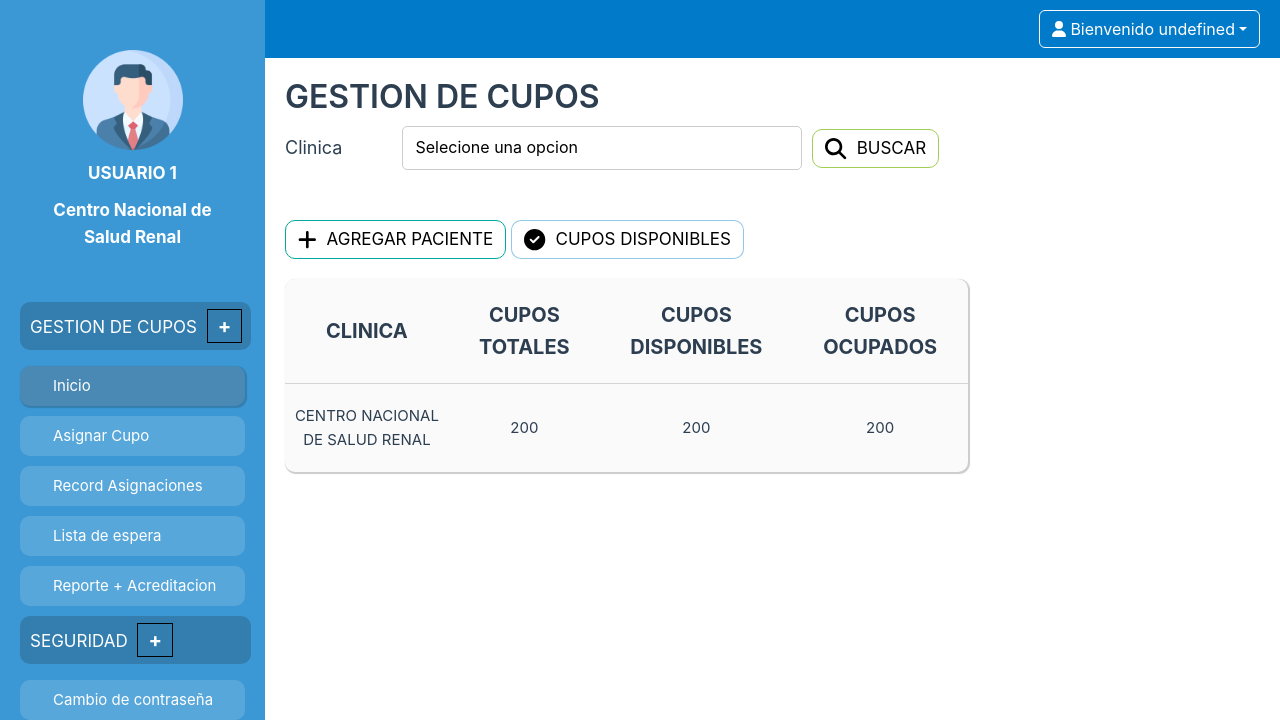
Repository: cynthiacevallos/organizadorhisar
Page: /
The author's editor kept a copy of each file at every save. The page is drawn from the files as they stood at one save, then again after the next save.
The browser window is 1280 px wide. The pictures show the whole page.
The page's requests for data from a server got no answer. Some web libraries are served in a nearby version. The project was rebuilt for these pictures with package versions that can differ from the ones it lists, and the page was loaded fresh each time. No one was signed in, and anything a server would have sent is missing. Also part of the build but not shown: vite.config.js, vue.config.js.

Above is the page before, as saved 2023-09-06 09:32:51.

### index.html
<!DOCTYPE html>
<html lang="en">

<head>
  <meta charset="UTF-8">
  <link rel="icon" href="./src/assets/images/cnsr-logo.png">
  <meta name="viewport" content="width=device-width, initial-scale=1.0">
  <link href="https://cdn.jsdelivr.net/npm/bootstrap@5.3.1/dist/css/bootstrap.min.css" rel="stylesheet"
    integrity="sha384-4bw+/aepP/YC94hEpVNVgiZdgIC5+VKNBQNGCHeKRQN+PtmoHDEXuppvnDJzQIu9" crossorigin="anonymous">
  <title>HISAR</title>
</head>

<body>
  <div id="app"></div>
  <script type="module" src="/src/main.js"></script>


  <script src="https://code.jquery.com/jquery-3.2.1.slim.min.js"
    integrity="sha384-KJ3o2DKtIkvYIK3UENzmM7KCkRr/rE9/Qpg6aAZGJwFDMVNA/GpGFF93hXpG5KkN"
    crossorigin="anonymous"></script>
  <script src="https://cdn.jsdelivr.net/npm/popper.js@1.12.9/dist/umd/popper.min.js"
    integrity="sha384-ApNbgh9B+Y1QKtv3Rn7W3mgPxhU9K/ScQsAP7hUibX39j7fakFPskvXusvfa0b4Q"
    crossorigin="anonymous"></script>
  <script src="https://cdn.jsdelivr.net/npm/bootstrap@4.0.0/dist/js/bootstrap.min.js"
    integrity="sha384-JZR6Spejh4U02d8jOt6vLEHfe/JQGiRRSQQxSfFWpi1MquVdAyjUar5+76PVCmYl"
    crossorigin="anonymous"></script>
</body>

</html>

### src/App.vue
<template>
   <!-- <SidenH :lista="arreglo" usuario="USUARIO 1" centro="Centro Nacional de Salud Renal" />-->
   <!-- <Tabla :header="headers" :data="datos"/>-->
    <!--<Input ancho="50vw" />
    <Input ancho="50vw"/>
    <Input ancho="500px" />-->
  <RouterView />

    <!--<Button title="BUSCAR" imagen="search.png" bgColor="#A1CE57" />
    <Button title="AGREGAR PACIENTE" imagen="cheque.png" bgColor="#00A79C"/>
    <Button title="CANCELAR" imagen="cancelar.png" bgColor="#E35C5C"/>
    <Button title="GENERAR EXCEL" imagen="excel.png" bgColor="#008000"/>
    <Button title="CERRAR SESION" imagen="cerrar-sesion.png" bgColor="#E35C5C" />
    <Button title="CUPOS DISPONIBLES" imagen="cheque.png" bgColor="rgba(59,153,213,0.55)"/>
    <Button imagen="lapiz.png" bgColor="rgba(0,122,201,0.44)"/>
    <Button imagen="eliminar.png" bgColor="#E35C5C"/>
    <Button title="SI" imagen="" bgColor="#A1CE57" />-->
</template>

<style scoped>
*{
  font-family: Inter, -apple-system, BlinkMacSystemFont, 'Segoe UI', Roboto, Oxygen, Ubuntu, Cantarell, 'Fira Sans', 'Droid Sans', 'Helvetica Neue', sans-serif;
}

</style>

<script setup>
  //import Input from './components/hisar_comp/InputH.vue'
  //import SidenH from './components/hisar_comp/SidenavH.vue'
  // import Button from './components/hisar_comp/ButtonH.vue'
 /* import Tabla from './components/hisar_comp/TablaH.vue'
  const headers = [
        {nombre:'TURNO'},{nombre:'FRECUENCIA'},{nombre:'FECHA DE INGRESO'},{nombre:'FECHA DE EVALUACION'},{nombre:'PESO'},{nombre:'TALLA'},{nombre:'ACCIONES'}
  ]
  const datos = [
        {turno:2, frecuencia:'L-M-V',fecIngreso:'2023-12-12',fecEval:'2023-12-12',peso:55,talla:1.55},
        {turno:1, frecuencia:'M-J-S',fecIngreso:'2023-12-12',fecEval:'2023-12-12',peso:55,talla:1.55},
        {turno:3, frecuencia:'L-M-V',fecIngreso:'2023-12-12',fecEval:'2023-12-12',peso:55,talla:1.55},
        {turno:3, frecuencia:'L-M-V',fecIngreso:'2023-12-12',fecEval:'2023-12-12',peso:55,talla:1.55},
        {turno:4, frecuencia:'L-M-V',fecIngreso:'2023-12-12',fecEval:'2023-12-12',peso:66,talla:1.66},
  ]*/
  //const arreglo = [
    //  {main: 'Gestion de cupos',sec:[{name:'Asignar Cupo'},{name:'Record Asignaciones'},{name:'Lista de espera'},////{name:'Reporte + Acreditacion'}]},
    //  {main: 'Seguridad'}
  //]
</script>

<!--<script setup>
import { RouterLink, RouterView } from 'vue-router'
import HelloWorld from './components/HelloWorld.vue'
</script>

<template>
  <header>
    <img alt="Vue logo" class="logo" src="@/assets/logo.svg" width="125" height="125" />

    <div class="wrapper">
      <HelloWorld msg="You did it!" />

      <nav>
        <RouterLink to="/">Home</RouterLink>
        <RouterLink to="/about">About</RouterLink>
      </nav>
    </div>
  </header>

  <RouterView />
</template>

<style scoped>
/*header {
  line-height: 1.5;
  max-height: 100vh;
}

.logo {
  display: block;
  margin: 0 auto 2rem;
}

nav {
  width: 100%;
  font-size: 12px;
  text-align: center;
  margin-top: 2rem;
}

nav a.router-link-exact-active {
  color: var(--color-text);
}

nav a.router-link-exact-active:hover {
  background-color: transparent;
}

nav a {
  display: inline-block;
  padding: 0 1rem;
  border-left: 1px solid var(--color-border);
}

nav a:first-of-type {
  border: 0;
}

@media (min-width: 1024px) {
  header {
    display: flex;
    place-items: center;
    padding-right: calc(var(--section-gap) / 2);
  }

  .logo {
    margin: 0 2rem 0 0;
  }

  header .wrapper {
    display: flex;
    place-items: flex-start;
    flex-wrap: wrap;
  }

  nav {
    text-align: left;
    margin-left: -1rem;
    font-size: 1rem;

    padding: 1rem 0;
    margin-top: 1rem;
  }
}
</style>-->

### src/router/index.js
import { createRouter, createWebHistory } from 'vue-router'
//import Test from '../views/TestH.vue'
const router = createRouter({
  history: createWebHistory(import.meta.env.BASE_URL),
  routes: [
    {
      path:'/',
      name:'cupos',
      component:() => import('../views/GestionCupos/CuposH.vue')
    },
    {
      path: '/gestion/cupos/add',
      name:'agregar paciente',
      component: () => import('../views/GestionCupos/FormAddPaciente.vue')
    },
    {
      path:'/gestion/cupos/asignaciones',
      name:'record asignaciones',
      component: () => import('../views/GestionCupos/RecordAsignaciones.vue')
    },
    {
      path:'/gestion/cupos/listaespera',
      name:'lista espera',
      component:() => import('../views/GestionCupos/ListaEsperaH.vue')
    },
    {
      path:'/gestion/cupos/reportes',
      name:'reportes cupos',
      component: () => import('../views/GestionCupos/ReportesCupos.vue')
    },
    {
      path:'/seguridad',
      name:'cambiocontraseña',
      component: () => import('../views/Seguridad/CambioContrasena.vue')
    },
    /*{
      path:'/',
      name:'x',
      component:Test
    },*/
  ]
})

export default router

### src/views/GestionCupos/CuposH.vue
<template>
    <div class="modal-container" v-show="showModal">
        <Modal titulo="Cupos disponibles" :cerrar="mostrarModal" ></Modal>
    </div>

    <div class="main">
        <Sidenav :lista="arreglo" :usuario="user" :centro="centro" />
        <div class="content">
            <Header />
            <div class="content-cupos">
                <h2>GESTION DE CUPOS</h2>
                <div class="content-cupos-busqueda">
                    <label for="clinica">Clinica</label>
                    <Select id="clinica" :opciones="clinicas" ancho="400px" />
                    <Button title="BUSCAR" background="#FFF"  bgColor="#A1CE57" iconos="magnifying-glass" font="#000" />
                </div>
            </div>
            <div class="resultados-busqueda">
                <div class="btns-busqueda">
                    <Button @click="goAddPaciente" title="AGREGAR PACIENTE" background="#FFF"  bgColor="#00A79C"  iconos="plus" font="#000" />
                    <Button @click="mostrarModal" title="CUPOS DISPONIBLES" background="#FFF" bgColor="rgba(59,153,213,0.55)"  iconos="circle-check" font="#000" />
                </div>
                <TablaH :header="headers" :data="datos" />
            </div>
        </div>

    </div>
</template>

<style scoped>
*{
    width: 100%;
}
.main{
    display: flex;
    /*width: 100%;*/
}
.content{
    display: flex;
    flex-direction: column;
    gap:20px
}
.content-cupos{
    padding-left: 20px;
    width: fit-content;
}
.content-cupos h2{
    font-weight: 600;
}
.content-cupos-busqueda{
    margin-top: 10px;
    display: flex;
    align-items: center;
    gap: 10px;
}
.content-cupos-busqueda label{
    font-weight: normal;
    font-size: 18px;
    padding-right: 50px;
    width: fit-content;
}
.resultados-busqueda{
    padding: 30px 20px;
}
.btns-busqueda{
    margin-bottom: 20px;
    display: flex;
    gap: 5px;
}
.modal-container{
    position:fixed;
    background-color: rgba(255,255,255,0.33);
    height: 100%;
}
</style>

<script setup>
    import { reactive, ref } from 'vue'
    import axios from 'axios';
    import router from "@/router";

    import Sidenav from '../../components/hisar_comp/SidenavH.vue'
    import Header from '../../components/hisar_comp/HeaderH.vue'
    import Select from '../../components/hisar_comp/InputSelect.vue'
    import Button from '../../components/hisar_comp/ButtonH.vue'
    import TablaH from '../../components/hisar_comp/TablaHi.vue'
    import Modal from '../../components/hisar_comp/ModalH.vue'
    //import { useClinicasStore } from '../stores/store'
    //const lastOperation = computed(() => counterStore);

    const user= "USUARIO 1"
    const centro="Centro Nacional de Salud Renal"
    const showModal = ref(false)

    const mostrarModal = () =>{
        showModal.value = !showModal.value
    }
    const goAddPaciente = () => {
        router.push({path:'/gestion/cupos/add'})
    }
   // let clinicas = ref([])

    /*const getClinicas = computed(() => {
        return store.getClinicas;
    })*/
    const clinicas = reactive(["Sin datos "])

    /*const cclinicas = computed(()=>{
        return store.clinicas
    })*/
    const arreglo = reactive([
        {main: 'Gestion de cupos',sec:[{name:'Inicio',link:''},{name:'Asignar Cupo',link:'/gestion/cupos/add'},{name:'Record Asignaciones',link:'/gestion/cupos/asignaciones'},{name:'Lista de espera',link:'/gestion/cupos/listaespera'},{name:'Reporte + Acreditacion',link:'/gestion/cupos/reportes'}], done:true},
        {main: 'Seguridad',sec:[{name:'Cambio de contraseña',link:'/seguridad'}],done:true}
    ])
    const headers = [
        {nombre:'CLINICA'},{nombre:'CUPOS TOTALES'},{nombre:'CUPOS DISPONIBLES'},{nombre:'CUPOS OCUPADOS'}
    ]
    const datos = [
        {clinica:'CENTRO NACIONAL DE SALUD RENAL',cuposTotales:200,cuposDisponibles:200,cuposOcupados:200}
    ]

    const getClinicas = () => {
        axios.post("http://10.0.54.105:5173/"+"api/api/token/",{
            username: "cnsr",
            password: "123456",
        }).then((response)=>{
            let result = response.data.access
            //console.log(result)
            axios.get("http://10.0.54.105:5173/"+"api/cas/",{
                headers:{ Authorization: "Bearer " + result },
            }).then((res)=>{
                return res.data
            })
        })
    }

    getClinicas()
    //console.log(window.innerWidth)
</script>

### src/components/hisar_comp/SidenavH.vue
<template>
    <div class="siden">
        <div class="usuario-info">
            <img src="../../assets/images/user-icon2.png" alt="" width="100" height="100">
            <span>{{ usuario }}</span>
            <span>{{ centro }}</span>
        </div>

        <div class="items">
            <div  v-for="(i,index) in lista" :key="index">
                <div class="item-siden">
                    <p>{{ i.main.toUpperCase() }}
                        <button class="item-boton" @click="showItems(i)">+</button>
                    </p>
                </div>
                <div class="item-sub-siden" v-for="(j,indice) in i.sec" :key="indice" v-show="i.done">
                    <router-link class="link" :to="{ path:''+`${j.link}`}"  >
                        <div class="item-sub-siden-link"> {{ j.name }} </div>
                    </router-link>
                </div>
            </div>
        </div>
    </div>
</template>

<style scoped>
.link{
    color:#FFF;
    text-decoration: none;
}
.router-link-active .item-sub-siden-link{
    background-color: rgba(25,34,38,0.22);
    border-radius: 10px;
    box-shadow: 1px 1px 1px 1px rgba(25,34,38,0.22);
}
.item-sub-siden-link{
    padding: 8px;
}
.item-sub-siden-link:hover{
    background-color:rgba(25,34,38,0.33);
    border-radius: 10px;
}

body {
    margin: 0px !important;
}
.siden{
    width: 289px;
    height: 100vh;
    padding: 0 20px;
    background-color: rgba(0,122,201,0.77);
}
.usuario-info{
    display: flex;
    flex-direction: column;
    align-items: center;
    justify-content: center;
    gap:10px;
    padding-top: 50px;
}
.usuario-info span{
    color:white;
    font-weight: bold;
    text-align: center;
    padding: 0 10px;
    font-size: 17px;
}
.items{
    width: 225px;
    margin: 50px auto;
}
.item-boton{
    background:transparent;
    border: none;
    color: white;
    height: fit-content;
    padding: 0 10px;
    margin: 7px 5px;
    font-size: 20px;
    font-weight: bold;
    cursor: pointer;
    border:1px solid #000
}

.item-siden{
    /*margin-top:10px;*/
    color:white;
    background-color: rgba(25,34,38,0.22);
    width: 231px;
    padding:0;
    text-indent: 10px;
    border-radius: 10px;
    margin-bottom: 5px;
    font-size: 17px;
    font-weight: bold;
}
/*.item-siden:last-child button{
    display: none;
}*/
.item-sub-siden{
    color:white;
    text-indent: 25px;
    width: 225px;
    border-radius: 10px;
    background-color: rgba(255,255,255,0.15);
    margin-bottom: 10px;
}
.item-sub-siden.active {
    display: block;
}
</style>

<script setup>
    defineProps({
        usuario:{
            type:String,
            require:false
        },
        centro:{
            type:String,
            require:true
        },
        lista:{
            type:Array,
            require:false
        }
    })



    const showItems = (i) =>{
        if(i.done == true){
            i.done = false
        }else if(i.done == false){
            i.done = true
        }
    }
</script>

### src/components/hisar_comp/HeaderH.vue
<template>
    <div class="barra">
        <!-- <h2>HISAR</h2> -->
        <div class="dropdown show">
            <a class="btn btn-outline-light dropdown-toggle" href="#" role="button" id="dropdownMenuLink" data-toggle="dropdown"
                aria-haspopup="true" aria-expanded="true">
                <font-awesome-icon :icon="['fas', 'user']" />
                Bienvenido {{ usuario }}
            </a>
            <div class="dropdown-menu" aria-labelledby="dropdownMenuLink">
                <a class="dropdown-item" @click="miPerfil" >Mi perfil</a>
                <a class="dropdown-item" @click="cerrarSesion" >Cerrar sesion</a>
            </div>
        </div>
        <!-- <ButtonH title="CERRAR SESION" bgColor="#E35C5C" background="#E35C5C" font="#FFF" iconos="right-from-bracket"/> -->
    </div>
</template>

<style scoped>
.barra {
    /* background-color: rgba(26, 34, 38, 0.88); */
    background-color: rgb(0, 122, 201);
    height: fit-content;
    width: 100%;
    padding: 10px 20px;
    display: flex;
    flex-wrap: wrap;
    align-items: center;
    justify-content: flex-end;
}
.barra h2{
    color: white;
    /* font-weight: bold; */
    margin: 0;
    letter-spacing: 5px;
}
.dropdown a{
    color: white;
}
.dropdown:hover a{
    color: #000;
}
</style>

<script setup>
// import
import { useUsuarioStore } from '../../stores/usuario';
import router from '../../router';

const store = useUsuarioStore()
const usuario = store.user.nombres.split(" ")[0]+' '+store.user.nombres.split(" ")[1]

const cerrarSesion = () => {
    sessionStorage.clear()
    router.push("/")
}

const miPerfil = () => {
    router.push("/perfil")
}
</script>

### src/components/hisar_comp/InputSelect.vue
<template>
    <select :name="id" :id="id" class="seleccion" >
        <option class="" value="" selected hidden disabled >Selecione una opcion</option>
        <option  v-for="(i,index) in opciones" :key="index" >{{ i }}</option>
    </select>
    <!--<button class="boton" @click="verOpciones" >
        Seleccione una opcion
    </button>

    <div class="opciones">
        <button class="optciones-item">Centro Nacional de Salud Renal</button>
        <button >CCCC</button>
        <button>DDDD</button>
        <button>KKKK</button>
    </div>-->
</template>

<style scoped>
button{
    background-color:transparent;
    border:none;
    font-size: 14px;
}
.seleccion{
    width: v-bind(ancho);
    background-color:#FFF;
    border:none;
    padding: 8px 12px;
    border-radius: 5px;
    font-size: 16px;
    display: flex;
    gap:10px;
    border: 1px solid #ccc;
    cursor: pointer;
}
.seleccion:focus{
    outline: none;
}
.seleccion option{
    padding-top:100px;
    text-align: left;
}




.opciones{
    background-color: #fff;
    box-shadow: 1px 1px 1px 1px  #ccc;
    width: 50%;
    display: v-bind(display);
    margin: 0;
    padding: 0;
}

.opciones button{
    cursor: pointer;
    width: 100%;
    text-align: left;
    height: fit-content;
}

.opciones button:hover{
    color: white;
    cursor: pointer;
    background-color: #007AC9;
}
option{
    line-height: 200px;
    padding: 200px;
    margin: 500px;
    padding-top: 200px;
}
.select {
    width: v-bind(ancho);
    border: none;
    font-size: 14px;
    background-color: rgba(229,229,229,0.44);
    border:1px solid #ccc;
    padding: 10px;
    text-indent: 15px;
    border-radius: 20px;
    overflow: hidden;
    transition: box-shadow 0.3s ease;
}

.select:focus{
    outline: none;
    border: 2px solid #007AC9;
}

</style>

<script setup>
    import { ref } from 'vue'
    defineProps({
        ancho:{
            type: String,
            require:true,
            default:"500px"
        },
        opciones:{
            type:Array,
            require:true
        },
        id:{
            type:String,
            require:true
        }
    })
    let display = ref('none')
</script>

### src/components/hisar_comp/ButtonH.vue
<template>
    <button class="boton" >
        <font-awesome-icon :icon="['fas', iconos]" size="lg" />
        <span class="title">{{ title }}</span>
    </button>

</template>

<style scoped>
    .boton{
        border: 1px solid v-bind(bgColor);
        background-color: v-bind(background);
        padding: 5px 12px;
        border-radius: 10px;
        color:white;
        font-size: 17px;
        text-align: center;
        justify-content: center;
        align-items: center;
        display: flex;
        gap:10px;
        width: fit-content;
        color: v-bind(font);
    }
    .boton:hover{
        cursor: pointer;
        background-color: v-bind(bgColor);
        border:2px solid v-bind(bgColor);
        color:#FFF;
    }
    .title{
        font-weight: 400;
    }
</style>

<script setup>
    defineProps({
        title: {
            type: String,
            required:false
        },
        bgHover:{
            type:String,
            require:false
        },
        bgColor:{
            type:String,
            required:true,
        },
        background:{
            type:String,
            required:true,
            default:"#FFF"
        },
        iconos:{
            type: String,
            required:true
        },
        font:{
            type:String,
            required:true
        }
    })
</script>

### src/components/hisar_comp/TablaHi.vue
<template>
    <div>
        <table class="tabla">
            <tr class="tabla-header">
                <td v-for="(i,index) in header" :key="index">{{ i.nombre }}</td>
            </tr>
            <tr class="tabla-body" v-for="(j,indice) in data" :key="indice">
                <td>{{ j.clinica }}</td>
                <td>{{ j.cuposTotales }}</td>
                <td>{{ j.cuposDisponibles }}</td>
                <td>{{ j.cuposOcupados }}</td>
                <td class="tabla-botones" v-show="displayBtns">
                    <button class="btn-editar"><img src="../../assets/images/pencil.png" alt="Editar" width="35" height="35" aria-labelledby="caption-text"></button>
                    <button class="btn-editar"><img src="../../assets/images/trash.png" añt="Eliminar" width="40" height="40"> </button>
                    <!--<Button title="ELIMINAR" background="#E35C5C"  bgColor="#E35C5C"  iconos="" font="#fff" />
                    <Button title="EDITAR" background="rgba(0,122,201,0.44)"  bgColor="rgba(0,122,201,0.44)" iconos="pen" font="#fff" />-->
                </td>
            </tr>
        </table>

    </div>
</template>

<style scoped>
.tabla{
    background-color: rgba(217,217,217,0.15);
    padding: 20px;
    text-align: center;
    box-shadow: 1px 1px 1px 1px #ccc;
    border-radius: 10px;
    width: 70%;
}
.tabla-header{
    border-bottom:1px solid #CCCC;
}
.tabla-header td {
    padding: 20px;
    font-size: 20px;
    font-weight: bold;
}

.tabla tr td {
    padding-top: 20px;
    padding-bottom: 20px;
}
.tabla-botones {
    display: flex;
    justify-content: center;
    gap:5px;
}
.btn-editar{
    border: none;
    background-color: transparent;
}
.btn-editar:hover{
    opacity: 0.6;
}
</style>

<script setup>
    //import Button from './ButtonH.vue'
   // const headers = [
     //   {nombre:'TURNO'},{nombre:'FRECUENCIA'},{nombre:'FECHA DE INGRESO'},{nombre:'FECHA DE EVALUACION'},{nombre:'PESO'},{nombre:'TALLA'},{nombre:'ACCIONES'}
   // ]
   // const datos = [
     //   {turno:2, frecuencia:'L-M-V',fecIngreso:'2023-12-12',fecEval:'2023-12-12',peso:55,talla:1.55},
      //  {turno:1, frecuencia:'M-J-S',fecIngreso:'2023-12-12',fecEval:'2023-12-12',peso:55,talla:1.55},
      //  {turno:3, frecuencia:'L-M-V',fecIngreso:'2023-12-12',fecEval:'2023-12-12',peso:55,talla:1.55}
   // ]
    defineProps({
        header:{
            type:Array,
            require:true
        },
        data:{
            type:Array,
            require:true
        },
        displayBtns:{
            type:Boolean,
            default:false
        }
    })

</script>

### src/components/hisar_comp/ModalH.vue
<template>
    <div class="modal-content">
        <h2>{{ titulo }}</h2>
        <div class="modal-scroll">
            <div class="modal-content-box">
                <p><strong> TURNO</strong> <span>TURNO 1</span> </p>
                <p> <strong>FRECUENCIA </strong><span>LUN-MIE-VIE</span> </p>
                <p> <strong>TIPO DE PUESTO</strong> <span>NORMAL</span> </p>
                <p><strong> CANTIDAD DE CUPOS</strong> <span>30</span> </p>
            </div>
            <div class="modal-content-box">
                <p><strong> TURNO</strong> <span>TURNO 1</span> </p>
                <p> <strong>FRECUENCIA </strong><span>LUN-MIE-VIE</span> </p>
                <p> <strong>TIPO DE PUESTO</strong> <span>NORMAL</span> </p>
                <p><strong> CANTIDAD DE CUPOS</strong> <span>30</span> </p>
            </div>
            <div class="modal-content-box">
                <p><strong> TURNO</strong> <span>TURNO 1</span> </p>
                <p> <strong>FRECUENCIA </strong><span>LUN-MIE-VIE</span> </p>
                <p> <strong>TIPO DE PUESTO</strong> <span>NORMAL</span> </p>
                <p><strong> CANTIDAD DE CUPOS</strong> <span>30</span> </p>
            </div>
            <div class="modal-content-box">
                <p><strong> TURNO</strong> <span>TURNO 1</span> </p>
                <p> <strong>FRECUENCIA </strong><span>LUN-MIE-VIE</span> </p>
                <p> <strong>TIPO DE PUESTO</strong> <span>NORMAL</span> </p>
                <p><strong> CANTIDAD DE CUPOS</strong> <span>30</span> </p>
            </div>
        </div>
        <div class="modal-content-btn">
            <Button @click="cerrar" title="OK" bgColor="#A1CE57" background="#A1CE57" font="#FFF"
                iconos="circle-check" />
        </div>
    </div>
</template>

<style scoped>
.modal {
    position: fixed;
    background-color: rgba(255, 255, 255, 0.33);
    height: 100%;
}
.modal-content {
    position: fixed;
    top: 20%;
    left: 35%;
    padding: 1%;
    width: 700px;
    background-color: #FCFCFC;
    box-shadow: 1px 1px 3px 3px #ccc;
    border-radius: 10px;
    display: flex;
    flex-direction: column;
    gap: 20px;
}
.modal-content h2{
    text-align: center;
}
.modal-scroll{
    height: 400px;
    overflow-x: hidden;
}
.modal-content-box {
    text-indent: 40px;
    background-color: #F5F5F5;
    border-radius: 20px;
    width: 98%;
    box-shadow: 1px 1px 1px 1px #ccc;
}
.modal-content-btn {
    width: 50px;
    margin: 0 auto;
}
.modal-content-box p {
    padding: 2px;
    font-size: 16px;
}
</style>

<script setup>
import Button from './ButtonH.vue'

defineProps({
    titulo: {
        type: String,
        require: false,
        default: "Cupos Disponibles"
    },
    datos:{
        type: Array,
        require:false,
    },
    cerrar: {
        type: Function,
        require: false
    }
})
</script>

### src/stores/clinicas.js
import { defineStore } from "pinia";

export const useClinicasStore = defineStore("clinicas",{
    state: () => ({
        clinicas: {}
    }),
    getters:{

    },
    actions:{

    }
})

Loaded but not shown: src/assets/base.css (common file); src/stores/usuario.js (58 lines, source omitted); src/main.js (36 lines, source omitted)

After the next save:
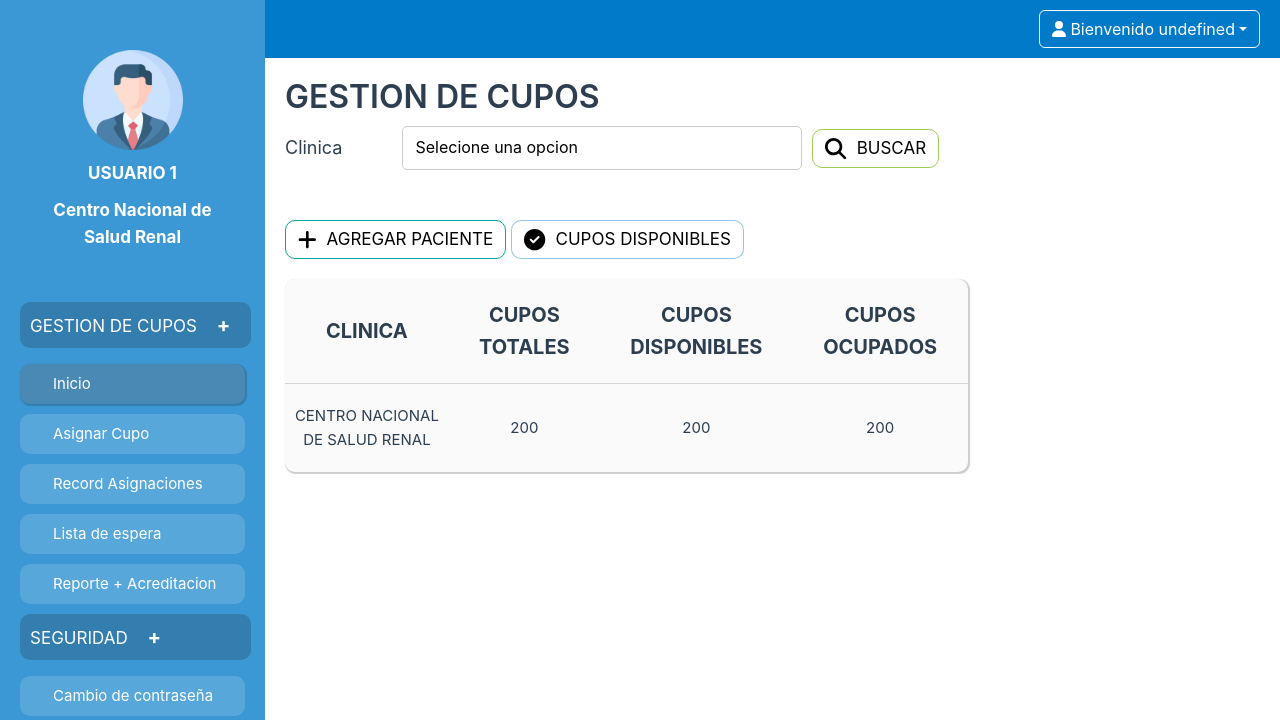
Saved 26 s later.
--- a/src/components/hisar_comp/SidenavH.vue
+++ b/src/components/hisar_comp/SidenavH.vue
@@ -79,7 +79,6 @@ body {
     font-size: 20px;
     font-weight: bold;
     cursor: pointer;
-    border:1px solid #000
 }
 
 .item-siden{
